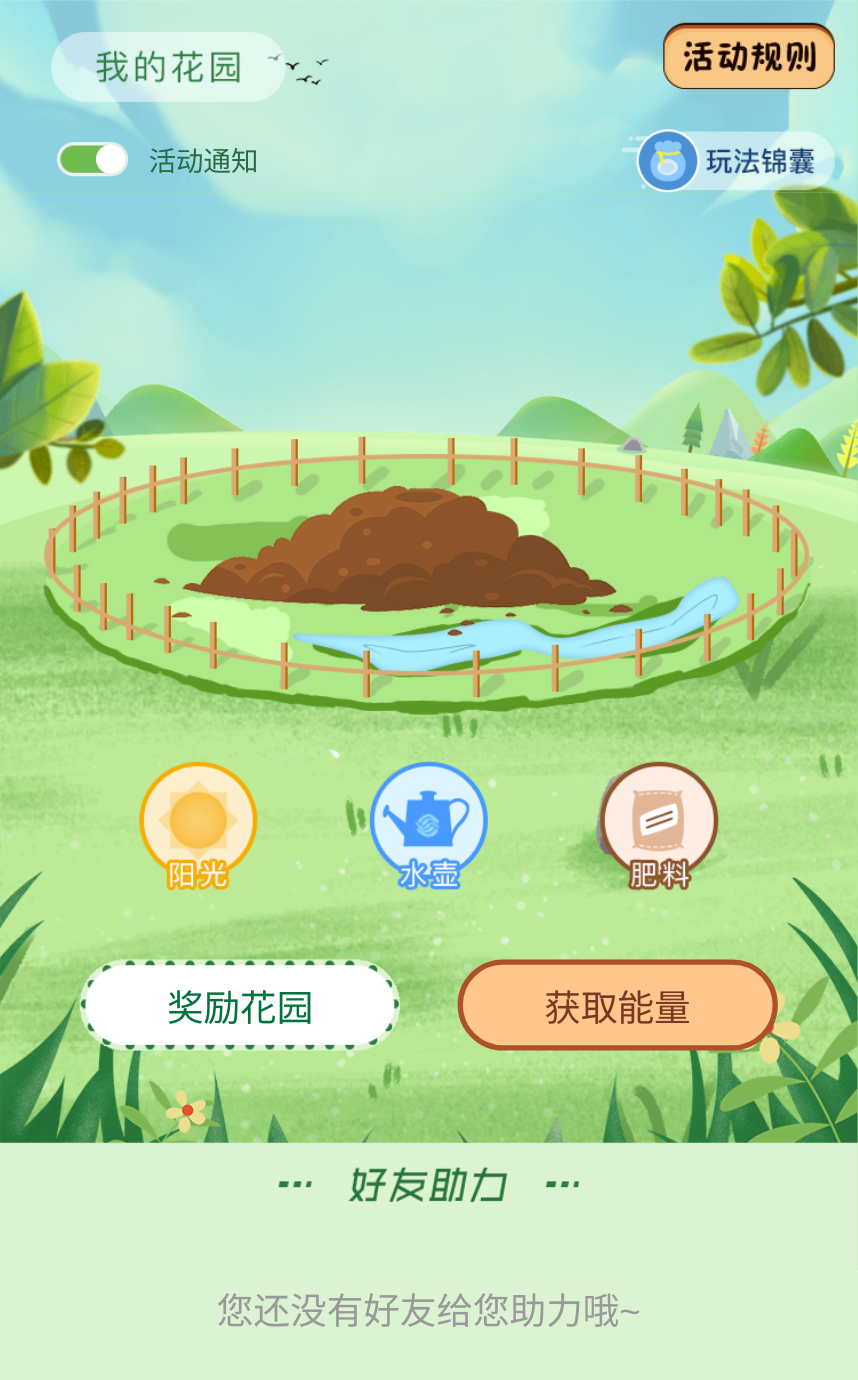
Repository: wangbiaozy/zh
Page: index.html
These files come from the project's save history. The page is drawn as it stood at one moment and after the next save; the edit follows.
The browser window is 1280 px wide. The pictures show the whole page, at 67% of full size.

Above is the page before, as saved 2019-03-18 20:01:44.
Console error: TypeError: Cannot read properties of undefined (reading 'style')

After the next save:
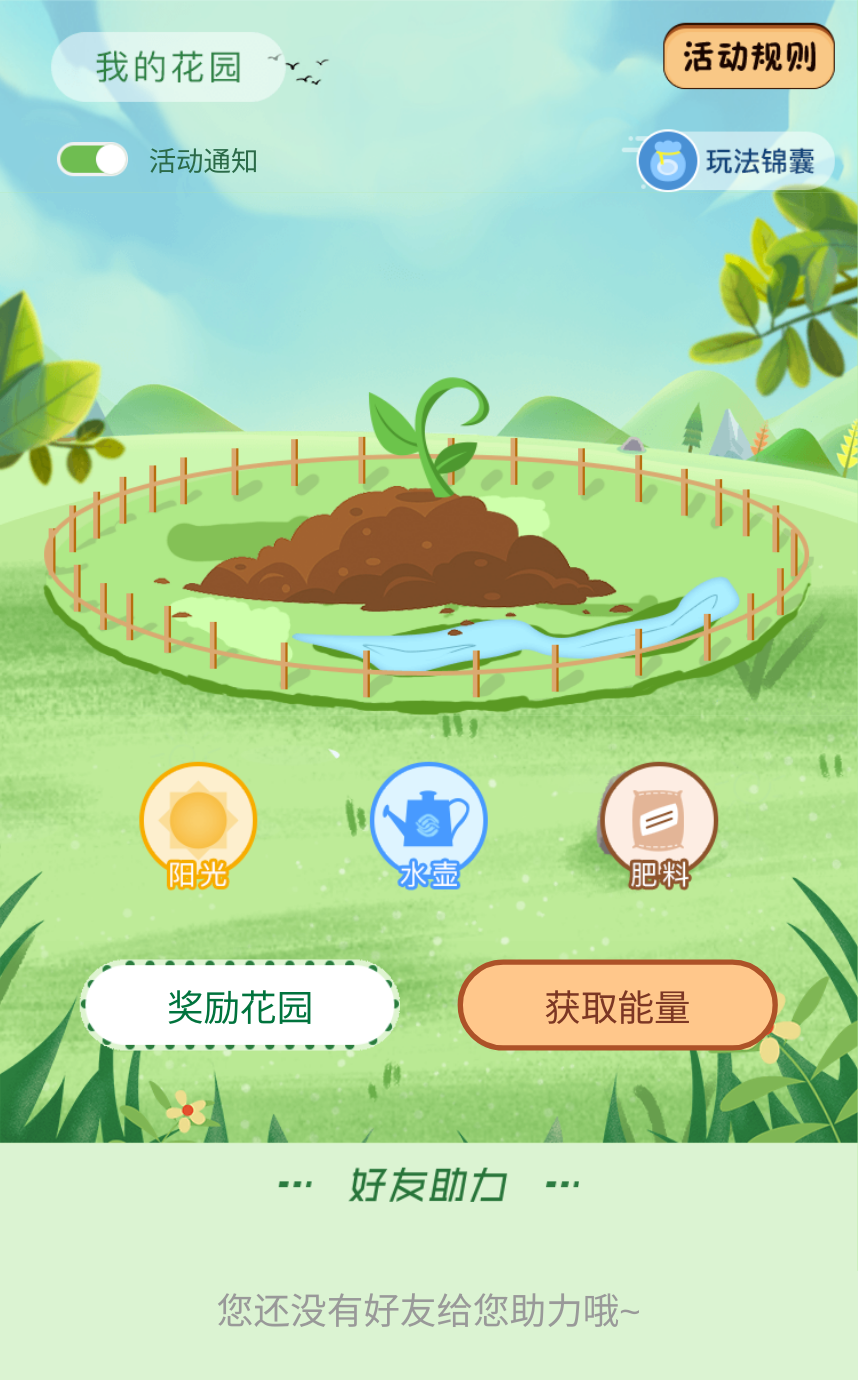
Saved 7 s later.
--- a/index.html
+++ b/index.html
@@ -161,7 +161,7 @@
         </div>
         <div>
             <div>
-                <div></div>
+                <div class="cq"></div>
                 <ul>
                     <li></li>
                 </ul>
